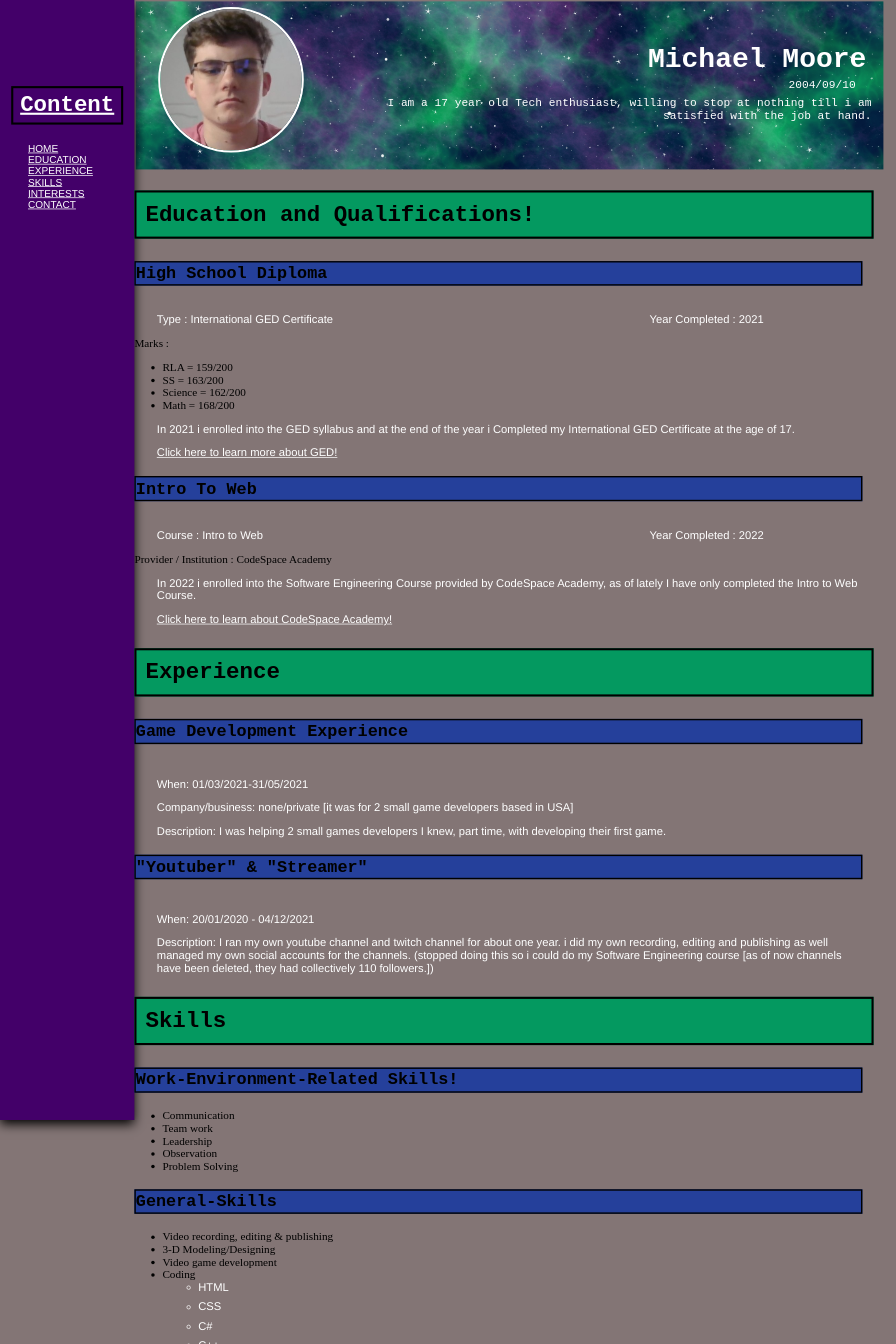
Repository: MikeMoore55/MichaelMooreResumeProject
Page: Resume.html
These files come from the project's save history. The page is drawn as it stood at one moment and after the next save; the edit follows.
The browser window is 1280 px wide. The pictures show the part of the page from y = 0 to 1920 px (the page is 2962 px tall), at 70% of full size.

Above is the page before, as saved 2022-02-15 10:12:56.

### Resume.html
<!DOCTYPE html>
<html lang="en">
<head>

    <meta charset="UTF-8">
    <meta http-equiv="X-UA-Compatible" content="IE=edge">
    <meta name="viewport" content="width=device-width, initial-scale=1.0">
    <title>MichaelMooreResume</title>
    <link rel="stylesheet" type="text/css" href="css/stylesheet.css">
    <!-- added icon to the head of the tab -->
    <link  rel="icon" href ="/images/tab-image.png">

</head>

<body>

    <header id="home">

        <img id="profilePic" src="/images/Michael Photo.jpg" alt="Picture of Michael Moore">

        <h1 id="name">
            Michael Moore
        </h1>

        <p id="DateOfBirth">
            2004/09/10
        </p>

        <p id="personalDescription">
            I am a 17 year old Tech enthusiast, willing to stop at nothing till i am satisfied with the job at hand.
        </p>

    </header>


    <nav>

        <div id="nav-container">

            <h2>
                Content
            </h2>

            <ol id="nav-list">
                <li class="navList-style"><a class="nav-link" href="#home"> HOME</a></li>
                <li class="navList-style"><a class="nav-link" href="#education">EDUCATION</a></li>
                <li class="navList-style"><a class="nav-link" href="#experience">EXPERIENCE</a></li>
                <li class="navList-style"><a class="nav-link" href="#skill">SKILLS</a></li>
                <li class="navList-style"><a class="nav-link" href="#interest">INTERESTS</a></li>
                <li class="navList-style"><a class="nav-link" href="#contact">CONTACT</a></li>
            </ol>

        </div>

    </nav>


    <section>
        <article>

            <!-- [to michael] this is the education section -->

            <div id="education" class="content-box">

                <h3>
                    Education and Qualifications!
                </h3>

                <h4>
                    High School Diploma
                </h4>

                <div id="highschoolcontent-container">

                    <p id="type-container" > Type : International GED Certificate</p>

                    <p id="year-container" >Year Completed : 2021</p>

                </div>

                <div class="Second-box" > Marks :
                        <ul>
                            <li>RLA = 159/200</li>
                            <li>SS = 163/200</li>
                            <li>Science = 162/200</li>
                            <li>Math = 168/200</li>
                        </ul>
                </div>

                <p class="EducationDescription-container">
                        In 2021 i enrolled into the GED syllabus and at the end of the year i Completed my International GED Certificate at the age of 17.
                </p>

                <p>
                    <a id="GedLink" href="https://ged.com/blog/what-is-a-ged/" target="_blank">Click here to learn more about GED!</a>
                </p>

                <h4>
                    Intro To Web
                </h4>

                <div id="Course-container">

                    <p id="typeCourse-container">Course : Intro to Web</p>
                    <p id="CourseYear-container">Year Completed : 2022</p>

                </div>

                <p class="Second-box">
                    Provider / Institution : CodeSpace Academy
                </p>

                <p class="EducationDescription-container">
                        In 2022 i enrolled into the Software Engineering Course provided by CodeSpace Academy, as of lately I have only completed the Intro to Web Course.
                </p>

                <p>
                    <a id="CodeSpaceLink" href="https://codespace.co.za/course/software-engineering/" target="_blank">Click here to learn about CodeSpace Academy!</a>
                </p>

            </div>

            <!-- [to michael] this is the experience section -->

            <div id="experience" class="content-box">

                <h3>
                    Experience
                </h3>

                <h4>
                        Game Development Experience
                </h4>

                <div class="experience-container">

                    <p>
                        When: 01/03/2021-31/05/2021
                    </p>

                    <p>
                        Company/business: none/private [it was for 2 small game developers based in USA]
                    </p>

                    <p>
                        Description:
                        I was helping 2 small games developers I knew, part time, with developing their first game.
                    </p>

                </div>

               <h4>
                   "Youtuber" & "Streamer"
               </h4>

               <div class="experience-container">

                    <p>
                        When: 20/01/2020 - 04/12/2021
                    </p>

                    <p>
                        Description:
                        I ran my own youtube channel and twitch channel for about one year. i did my own recording, editing and publishing as well managed my own social accounts for the channels. (stopped doing this so i could do my Software Engineering course [as of now channels have been deleted, they had collectively 110 followers.])
                    </p>

                </div>
            </div>

            <!-- [to michael] this is skills section -->

            <div id="skill" class="content-box">

                <h3>
                    Skills
                </h3>

                <h4>Work-Environment-Related Skills!</h4>

                <p>

                    <ul>
                        <li class="skills-List" >Communication</li>
                        <li class="skills-List" >Team work</li>
                        <li class="skills-List" >Leadership</li>
                        <li class="skills-List" >Observation</li>
                        <li class="skills-List" >Problem Solving</li>
                    </ul>

                </p>

                <h4>General-Skills</h4>

                <p>

                    <ul>
                        <li class="skills-List" >Video recording, editing & publishing</li>
                        <li class="skills-List" >3-D Modeling/Designing</li>
                        <li class="skills-List" >Video game development</li>
                        <li class="skills-List" >Coding
                            <ul>
                                <li class="coding-list">HTML</li>
                                <li class="coding-list">CSS</li>
                                <li class="coding-list">C#</li>
                                <li class="coding-list">C++</li>
                            </ul>
                        </li>
                    </ul>

                </p>

            </div>

            <!-- [to michael] this is the skills section -->

            <div id="interest" class="content-box">

                <h3>
                    Interests
                </h3>

                <p>

                    <ul>
                        <li class="interest-List" >Cars</li>
                        <li class="interest-List" >Technology</li>
                        <li class="interest-List" >AI</li>
                        <li class="interest-List" >Robotics</li>
                        <li class="interest-List" >Gaming</li>
                        <li class="interest-List" >Game Development</li>
                        <li class="interest-List" >Coding</li>
                    </ul>
                </p>


            </div>
        </article>

    </section>


    <footer id="contact">

        <div id="footerHeadings-container">

            <h5 id="contact-style">Contact me here:</h5>

            <h5 id="social-style">Follow the socials here:</h5>

        </div>

        <div id="contactANDsocialDetails-container">

            <div id="contactDeatils-container">

                <a class="contactAndSocial-Links" href="mailto:michaelwillemmoore@gmail.com" target="_blank" >
                <img id="linkImg-mail" src="/images/mail.jpeg.png" alt="email me michaelwillemmoore@gmail.com">
                </a>

                <a class="contactAndSocial-Links" href="tel:+27792363841" target="_blank" >
                <img id="linkImg-phone" src="/images/smartphone-5484616.png" alt="phone me at 079 236 3841">
                </a>

            </div>

            <div id="socialDetails-container">

                <a class="contactAndSocial-Links" href="https://www.instagram.com/the1theonly_michaelmoore/" target="_blank" >
                <img id="linkImg-instagram" src="/images/instagram.jpeg.png" alt="follow my instagram at the1theonly_michaelmoore">
                </a>


                <a class="contactAndSocial-Links" href="https://www.linkedin.com/in/michael-moore-66a249231/" target="_blank" >
                <img id="linkImg-linkdin" src="/images/linkden.jpeg.png" alt=" view my linkedin at Michael Moore">
                </a>

            </div>

        </div>

    </footer>

</body>

</html>

### css/stylesheet.css
/* [to michael] in lesson from Mr Schalk always do this */

*{box-sizing: border-box;}


body{
    background-color: rgb(131, 117, 117);
}


/* background image for header was found on "pixabay.com" */

header{
    background-image: url(../images/stars-1014109.jpg);
    background-size: cover;
    position: absolute;
    z-index: 0;
    left: 12em;
    top: 0;
    right: 0;
    width: 66.8em;
    height: 15em;
    margin: .1em .1em .1em .1em;
}

header:hover{
    box-shadow: 0 5px 15px rgb(0, 0, 0);
}

#profilePic{
    border-radius: 50%;
    width: 13em;
    margin: .5em 2em 2em 2em;
    border: solid white .2em;
}

#name {
    position: absolute;
    left: 18em;
    top: 0em;
    color: white;
    font-family: 'Courier New', Courier, monospace;
    font-size: 2.5em;
    text-align: right;
    margin: 1em .1em .1em .1em;
    padding: .5em .2em .5em .2em;
}

#DateOfBirth{
    position: absolute;
    left: 58em;
    top: 6.3em;
    color: white;
    font-family: 'Courier New', Courier, monospace;
    font-size: 1em;
    text-align: right;
    margin: .1em .9em .1em .1em;
    padding: .5em .2em .5em .2em;

}

#personalDescription{
    position: absolute;
    left: 17em;
    top: 8em;
    color: white;
    font-family: 'Courier New', Courier, monospace;
    font-size: 1em;
    text-align: right;
    margin: .1em .9em .1em .1em;
    padding: .5em .2em .5em .2em;
}

/* everything in nav */

/*the nav-container is to shape and size the navigation menu*/

#nav-container{
    background-color: rgb(67, 0, 105);
    box-shadow: 0 5px 15px rgb(0, 0, 0);
    position: fixed;
    z-index: 0;
    left: 0;
    top: 0;
    bottom: 0;
    height: 100em;
    width: 12em;
    margin: 0 0 0 0;
    padding: 0 0 0 0;

}

/* h2=nav haeding */
h2{
    position: relative;
    top:3em;
    color: rgb(255, 255, 255);
    font-family: 'Courier New', Courier, monospace;
    font-size: 2em;
    text-align: center;
    margin-bottom: 2em;
    margin-left: .5em;
    margin-right: .5em;
    border: solid 0.1em black;
    padding: .2em .2em .2em .2em;
    text-decoration-line: underline;
}

#nav-list{
    position: relative;
    top: 4em;
    color: white;
    list-style: none;
    font-family: 'Franklin Gothic Medium', 'Arial Narrow', Arial, sans-serif;
    font-size: 0.9em;
    text-align: left;

}


/* i seperated the nav-list from nav structure, for the nav-list provides the style and navList-structure, structures the list */

.navList-structure {
    margin-bottom: 1.9em;
    margin-right: 3em;
    margin-left: .1em;
    text-align: left;

}


/* how the link should look when not hovered or active */

.nav-link{
    color: rgb(255, 255, 255);
}

.nav-link:hover{
    background-color: rgb(250, 250, 250);
    color: rgb(0, 0, 0);
    font-size: 1.5em;
    border: solid 0.1em black;
    padding: .1em .1em .1em .1em;
    margin-right: 1em;
    margin-left: -0.5em;
}

/* for the position of the section */

/* everything in section/main */

section{
    position: absolute;
    top: 15em;
    left: 12em;
    bottom: 15em;
}

.content-container{
    margin: 2em 2em 2em 2em;
    border: solid .2em black;
    padding: .1em 1em 1em .4em;
}


/* when you hover over my content, there will now be a shadow */
.content-container:hover{
    box-shadow: 0 7px 17px rgb(0, 0, 0);
}

/* h3=content heading */

h3{
    background-color: rgb(4, 153, 96);
    margin: 1em 1em 1em 0;
    padding:.4em .4em .4em .4em;
    border: solid .1em black;
    font-size: 2em;
    font-family: 'Courier New', Courier, monospace;
}


/* h4= content sub heading */

h4{
    background-color: rgb(37, 64, 155);
    margin: 1em 2em 1em 0;
    padding: .1em 0em .1em 0em;
    border: solid .1em black;
    font-family: 'Courier New', Courier, monospace;
    font-size: 1.5em;

}

#GedLink {
    color: white;
    font-family: 'Franklin Gothic Medium', 'Arial Narrow', Arial, sans-serif;
    font-size: 1em;
    margin: 2em;
}

#GedLink:hover{
    background-color: rgb(4, 153, 96);
    box-shadow: 0 5px 15px rgb(0, 0, 0);
    color: rgb(245, 245, 245);
    font-size: 1.2em;
    font-family: 'Franklin Gothic Medium', 'Arial Narrow', Arial, sans-serif;
    border: solid 0.1em rgb(255, 253, 253);
    padding: .1em .1em .1em .1em;

}

#CodeSpaceLink{
    color: white;
    font-family: 'Franklin Gothic Medium', 'Arial Narrow', Arial, sans-serif;
    font-size: 1em;
    margin: 2em;
}

#CodeSpaceLink:hover{
    background-color: rgb(4, 153, 96);
    box-shadow: 0 5px 15px rgb(0, 0, 0);
    color: rgb(245, 245, 245);
    font-size: 1.2em;
    font-family: 'Franklin Gothic Medium', 'Arial Narrow', Arial, sans-serif;
    border: solid 0.1em rgb(240, 240, 240);
    padding: .1em .1em .1em .1em;
}

#highschoolcontent-container{
    display: flex;
    flex-flow: row wrap;
    color: white;
    font-family: 'Franklin Gothic Medium', 'Arial Narrow', Arial, sans-serif;
    font-size: 1em;
    justify-content: space-between;
}

#type-container{
     flex: 2;
     padding: 1em, 2em, 1em, 2em;
     margin: 1em 2em 1em 2em;
}

#year-container{
    flex: 1;
    padding: 1em, 2em, 1em, 2em;
    margin: 1em 2em 1em 2em;
}


/* this second box is used for the list under "highschool diploma" and "intro to web" under the education part to keep them in line */

.Second-container{
     padding: 1em, 2em, 1em, 2em;
     margin: 1em 2em 1em 2em;
     font-size: 1em;
     font-family: 'Franklin Gothic Medium', 'Arial Narrow', Arial, sans-serif;
     color: white;
}


/* this education description container is used for the list under "highschool diploma" and "intro to web" under the education part because they both contain the same type of info to keep them in line  */

.EducationDescription-container{
    padding: 1em, 2em, 1em, 2em;
    margin: 1em 2em 1em 2em;
    font-size: 1em;
    font-family: 'Franklin Gothic Medium', 'Arial Narrow', Arial, sans-serif;
    color: white;
}

#Course-container{
    display: flex;
    flex-flow: row wrap;
    color: white;
    font-family: 'Franklin Gothic Medium', 'Arial Narrow', Arial, sans-serif;
    font-size: 1em;
    justify-content: space-between;

}

#CourseYear-container{
    flex: 1;
    padding: 1em, 2em, 0em, 2em;
    margin: 1em 2em 0em 2em;
}

#typeCourse-container{
    flex: 2;
    padding: 1em, 2em, 0em, 2em;
    margin: 1em 2em 0em 2em;
}

.experience-container{
    color: white;
    font-family: 'Franklin Gothic Medium', 'Arial Narrow', Arial, sans-serif;
    font-size: 1em;
    padding: .5em 2em 0em 1em;
    margin: .5em 2em 0em 1em;
}

.skillsAndinterest-List{
    list-style: none;
    color: white;
    font-family: 'Franklin Gothic Medium', 'Arial Narrow', Arial, sans-serif;
    font-size: 1em;
    margin-bottom: .4em;
}

.coding-list{

    color: white;
    font-family: 'Franklin Gothic Medium', 'Arial Narrow', Arial, sans-serif;
    font-size: 1em;
    margin-bottom: .6em;
    margin-left: .7em;
}

/* background image for footer was found on "pixabay.com" */

/* everything in the footer */

footer{
    background-image: url(../images/stars-1014109.jpg);
    background-size: cover;
    position: absolute;
    z-index: 0;
    left: 12em;
    bottom: 0;
    right: 0;
    top: 170em;
    width: 66.8em;
    height: 15em;
    padding: .1em .1em 1em .1em;
    margin: .1em .1em .1em .1em;
}

footer:hover{
    box-shadow: 0 7px 17px rgb(0, 0, 0);
}

#footerHeadings-container{
    display: flex;
    flex-flow: row wrap;
}

#contact-style{
    flex: 1;
    color: white;
    text-decoration-line: underline;
    font-family: 'Courier New', Courier, monospace;
    font-size: 100%;
    padding: 1em 2em 1em 2em;
    margin: 1em 3em .3em 1em;
}

#social-style{
    flex: 1;
    color: white;
    text-decoration-line: underline;
    font-family: 'Courier New', Courier, monospace;
    font-size: 100%;
    padding: 1em 2em 1em 2em;
    margin: 1em 1em .3em 16em;
}

#contactANDsocialDetails-container{
    display: flex;
    flex-flow: row wrap;
}

#contactDeatils-container{
    flex: 3;
    display: flex;
    flex-flow: row wrap;
    margin: 0em 1em 0em 1em;
}

#linkImg-mail{
    flex: 1;
    border-radius: 50%;
    width: 5em;
    margin: 2em 2em 2em 2em;
    background-color: transparent;
}

#linkImg-phone{
    flex: 2;
    border-radius: 50%;
    width: 5em;
    margin: 2em 2em 2em 2em;
    background-color: transparent;
}


#socialDetails-container{
    flex: 2;
    display: flex;
    flex-flow: row wrap;
    margin: 0em 1em 0em 8em;
}

#linkImg-instagram{
    flex: 1;
    border-radius: 50%;
    width: 5em;
    margin: 2em 2em 2em 2em;
    background-color: transparent;
}

#linkImg-linkdin{
    flex: 2;
    border-radius: 50%;
    width: 5em;
    margin: 2em 2em 2em 2em;
    background-color: transparent;
}

After the next save:
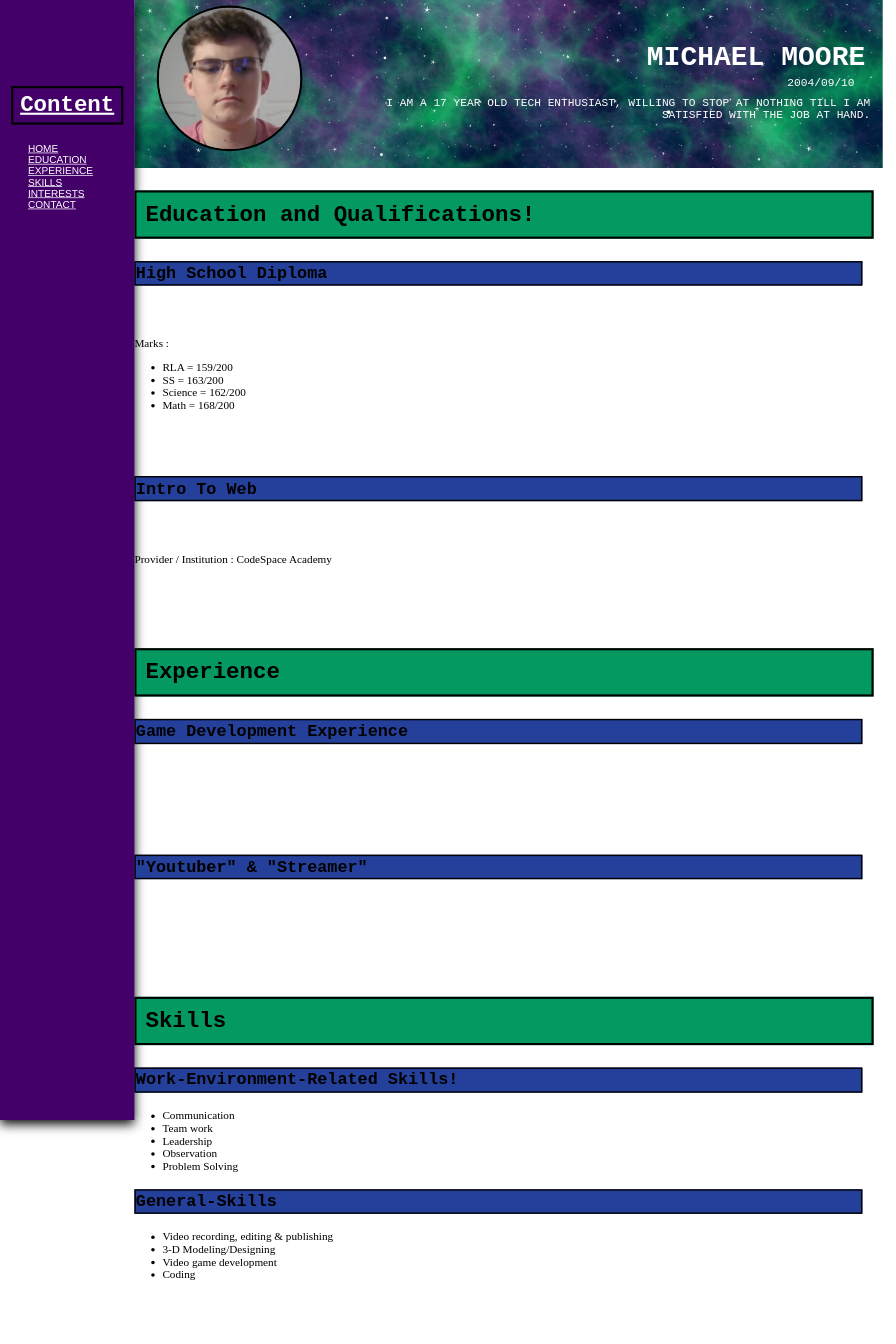
Saved 23 h 18 min later.
--- a/css/stylesheet.css
+++ b/css/stylesheet.css
@@ -1,17 +1,17 @@
-/* [to michael] in lesson from Mr Schalk always do this */
+/* from lesson with Mr Schalk, Always do this */
 
 *{box-sizing: border-box;}
 
 
 body{
-    background-color: rgb(131, 117, 117);
+    background-color: #515050s;
 }
 
 
 /* background image for header was found on "pixabay.com" */
 
 header{
-    background-image: url(../images/stars-1014109.jpg);
+    background-image: url(../images/star-background.jpg);
     background-size: cover;
     position: absolute;
     z-index: 0;
@@ -20,18 +20,22 @@ header{
     right: 0;
     width: 66.8em;
     height: 15em;
-    margin: .1em .1em .1em .1em;
-}
-
+    margin: 0em .0em .1em .0em;
+}
+/* added a shadow hover affect to header, so people can know they are currently on it and to help seperate it from the content below */
 header:hover{
-    box-shadow: 0 5px 15px rgb(0, 0, 0);
+    box-shadow: 0 0px 20px rgb(0, 0, 0);
 }
 
 #profilePic{
     border-radius: 50%;
     width: 13em;
     margin: .5em 2em 2em 2em;
-    border: solid white .2em;
+    border: solid rgb(0, 0, 0) .2em;
+}
+
+#profilePic:hover{
+    box-shadow: 0 0px 20px rgb(0, 0, 0);
 }
 
 #name {
@@ -39,6 +43,7 @@ header:hover{
     left: 18em;
     top: 0em;
     color: white;
+    text-transform: uppercase;
     font-family: 'Courier New', Courier, monospace;
     font-size: 2.5em;
     text-align: right;
@@ -51,6 +56,7 @@ header:hover{
     left: 58em;
     top: 6.3em;
     color: white;
+    text-transform: uppercase;
     font-family: 'Courier New', Courier, monospace;
     font-size: 1em;
     text-align: right;
@@ -64,6 +70,7 @@ header:hover{
     left: 17em;
     top: 8em;
     color: white;
+    text-transform: uppercase;
     font-family: 'Courier New', Courier, monospace;
     font-size: 1em;
     text-align: right;
@@ -77,7 +84,7 @@ header:hover{
 
 #nav-container{
     background-color: rgb(67, 0, 105);
-    box-shadow: 0 5px 15px rgb(0, 0, 0);
+
     position: fixed;
     z-index: 0;
     left: 0;
@@ -90,7 +97,12 @@ header:hover{
 
 }
 
-/* h2=nav haeding */
+/* added a shadow hover affect to nav, so people can know they are currently on it */
+#nav-container:hover{
+  box-shadow: 0 5px 15px rgb(0, 0, 0);
+}
+
+/* h2=nav heading */
 h2{
     position: relative;
     top:3em;
@@ -133,11 +145,13 @@ h2{
 
 .nav-link{
     color: rgb(255, 255, 255);
+    text-transform: uppercase;
 }
 
 .nav-link:hover{
     background-color: rgb(250, 250, 250);
     color: rgb(0, 0, 0);
+    box-shadow: 0 0px 20px rgb(0, 0, 0);
     font-size: 1.5em;
     border: solid 0.1em black;
     padding: .1em .1em .1em .1em;
@@ -164,6 +178,7 @@ section{
 
 
 /* when you hover over my content, there will now be a shadow */
+/* added a shadow hover affect to content containers, so people can know which part they are currently on and to separate each part from one another */
 .content-container:hover{
     box-shadow: 0 7px 17px rgb(0, 0, 0);
 }
@@ -322,7 +337,7 @@ h4{
 /* everything in the footer */
 
 footer{
-    background-image: url(../images/stars-1014109.jpg);
+    background-image: url(../images/star-background.jpg);
     background-size: cover;
     position: absolute;
     z-index: 0;
@@ -335,9 +350,9 @@ footer{
     padding: .1em .1em 1em .1em;
     margin: .1em .1em .1em .1em;
 }
-
+/* added a shadow hover affect to footer, so people can know they are currently on it and to help separate it from the rest of content */
 footer:hover{
-    box-shadow: 0 7px 17px rgb(0, 0, 0);
+    box-shadow: 0 0px 20px rgb(0, 0, 0);
 }
 
 #footerHeadings-container{
